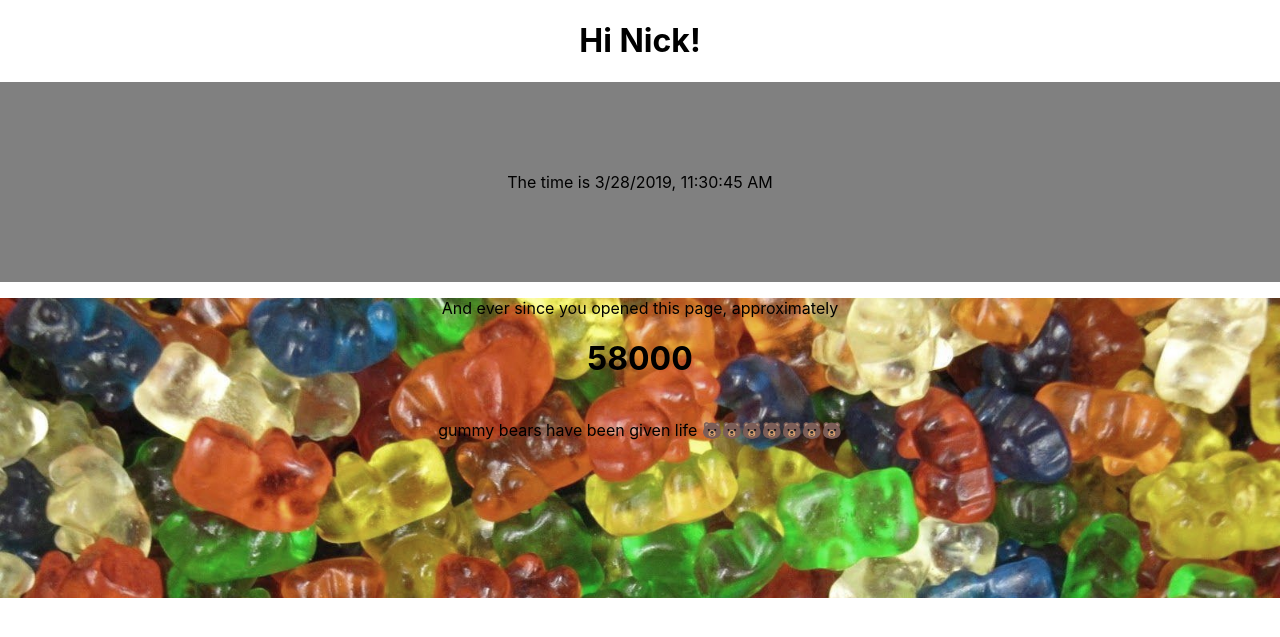
Repository: crispinonicky/gummy-facts
Page: /
These files come from the project's save history. The page is drawn as it stood at one moment and after the next save; the edit follows.
The browser window is 1280 px wide. The pictures show the whole page.
The project was rebuilt for these pictures with package versions that can differ from the ones it lists, and the page was loaded fresh each time.

Above is the page before, as saved 2019-03-28 15:33:20.

After the next save:
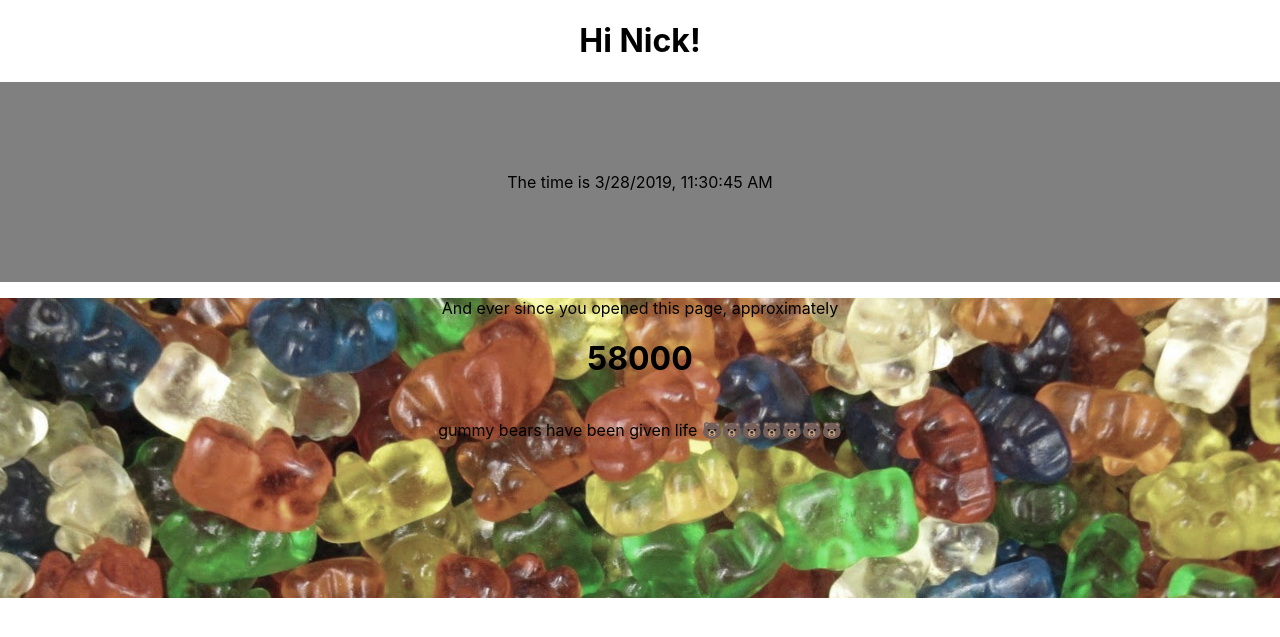
Saved 5 s later.
--- a/src/App.css
+++ b/src/App.css
@@ -18,7 +18,7 @@
   height: 300px;
   background: url('./images/gummy\ bears.jpg');
   background-size: cover;
-  filter: grayscale(30%)
+  filter: grayscale(50%)
 }
 
 /* #googleMap {
